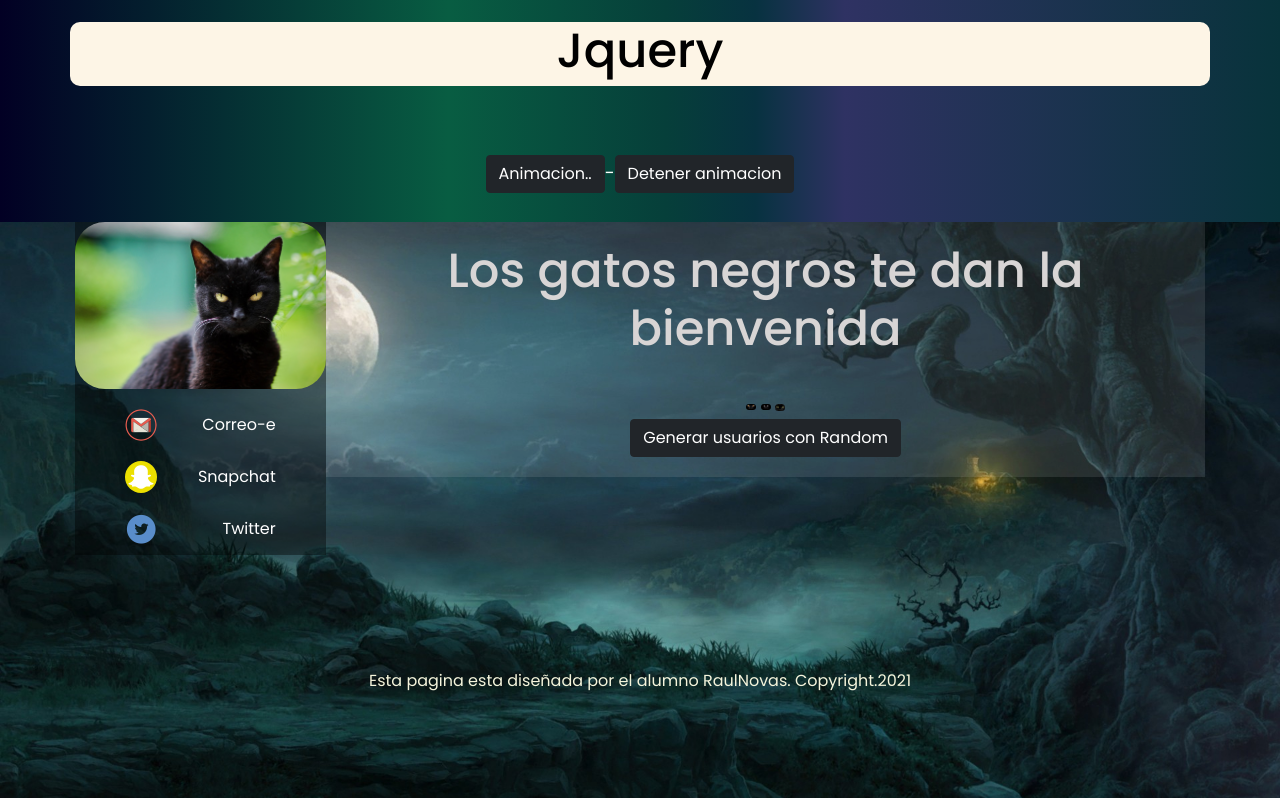
Repository: raul4264/final2
Page: index.html
These files come from the project's save history. The page is drawn as it stood at one moment and after the next save; the edit follows.
The browser window is 1280 px wide. The pictures show the whole page.

Above is the page before, as saved 2021-07-14 09:11:08.

### index.html
<!doctype html>
<html lang="es">

<head>

    <meta charset="utf-8">
    <meta name="viewport" content="width=device-width, initial-scale=1">


    <!-- Required meta tags -->
    <meta charset="utf-8">
    <meta name="viewport" content="width=device-width, initial-scale=1">

    <!-- Bootstrap CSS -->
    <link href="https://cdn.jsdelivr.net/npm/bootstrap@5.0.2/dist/css/bootstrap.min.css" rel="stylesheet" integrity="sha384-EVSTQN3/azprG1Anm3QDgpJLIm9Nao0Yz1ztcQTwFspd3yD65VohhpuuCOmLASjC" crossorigin="anonymous">
    <script src="https://code.jquery.com/jquery-3.6.0.min.js" integrity="sha256-/xUj+3OJU5yExlq6GSYGSHk7tPXikynS7ogEvDej/m4=" crossorigin="anonymous"></script>
    <link rel="preconnect" href="https://fonts.googleapis.com">
    <link rel="preconnect" href="https://fonts.gstatic.com" crossorigin>
    <link href="https://fonts.googleapis.com/css2?family=Poppins:wght@500&display=swap" rel="stylesheet">
    <link rel="preconnect" href="https://fonts.gstatic.com">
    <link href="https://fonts.googleapis.com/css2?family=Poppins:wght@400;700&display=swap" rel="stylesheet">
    <link href="https://fonts.googleapis.com/icon?family=Material+Icons" rel="stylesheet">

    <link rel="stylesheet" href="style.css">

    <title>raulNovas</title>
</head>


<body class="">
    <div class="container-fluid">

        <!--         <img src="java-script1.jpg" alt="prueba" height="200" />
    </div> -->

        <div class="container" id="cuerpo">
            <h1>Jquery</h1>

            <h2>

            </h2>

        </div>
        <br>

        <br>




        <div id="flip"><button type="button" class="btn btn-dark">Animacion..</button>-<button type="button" class="btn btn-dark" id="stop">Detener animacion</button> </div>
        <br>
        <div id="panel">
            <h2>Grabando en local storage</h2>
            <section id="cajaformulario" class="container-fluid">
                <form name="formulario">
                    <p>Clave:<br><input type="text" name="clave" id="clave"></p>
                    <p>Valor:<br><textarea name="text" id="texto"></textarea></p>
                    <p><input type="button" name="grabar" id="grabar" value="Grabar"></p>
                </form>


            </section>
            <div id="cajadatos" class="container-fluid mb-5">
                <p></p>
            </div>


            <!--     <div id="rule"><button type="button" class="btn btn-dark" id="dos">magia1</button><img src="/images/20210617_151220.jpg" width="200px"></div>

            <div id="java"><button type="button" class="btn btn-dark" id="dos">magia2</button><button type="button" class="btn btn-dark" id="tres">magia3</button>
                <img src="java-script1.jpg" alt="prueba" height="200" />
            </div> -->

            <div class="container">
                <!-- head -->
                <h2>Agenda de contactos</h2>
                <!-- formulario de datos -->
                <div class="formulario-datos">
                    <input type="text" class="nombre" placeholder="nombre">
                    <input type="text" class="numero" placeholder="numero">
                    <input type="text" class="direccion" placeholder="dirección">
                    <button class="btn-agregar-tarea">agregar tarea</button>

                    <!-- listado tareas -->
                    <div class="listado-tareas">


                    </div>
                </div>
            </div>


        </div>





    </div>






    <main class="container-fluid">

        <!-- Sidebar -->
        <aside class="lateral">
            <img src="images/black-cat.jpg" alt="Black Cats Rules!">


             <a href=" mailto:raulnovas4@gmail.com">
                <img src="images/mail.png" alt="Correo-e">
                <span>Correo-e</span>
            </a>
            <a href="https://www.snapchat.com/l/es/">
                <img src="images/snapchat.png" alt="Snapchat">
                <span>Snapchat</span>
            </a>
            <a href="https://twitter.com/home">
                <img src="images/twitter.png" alt="Twitter">
                <span>Twitter</span>
            </a>

        </aside>

        <!-- Contenido -->
        <section class="contenido">
            <h1>Los gatos negros te dan la bienvenida</h1>




            <!-- Thumbnails -->

                <img src="/images/cat1.jpg" width="10vw">
                <img src="/images/cat2.jpg" width="10vw" >
                <img src="/images/cat3.jpg" width="10vw" >

            <br>
            <button type="button" class="btn btn-dark" id="usuarios">Generar usuarios con Random</button>
        </section>

        <footer class="mt-4">
            <p>Esta pagina esta diseñada por el alumno RaulNovas. Copyright.2021</p>

        </footer>
    </main>








    <script src="https://cdn.jsdelivr.net/npm/bootstrap@5.0.1/dist/js/bootstrap.bundle.min.js" integrity="sha384-gtEjrD/SeCtmISkJkNUaaKMoLD0//ElJ19smozuHV6z3Iehds+3Ulb9Bn9Plx0x4" crossorigin="anonymous">
    </script>

    <script src="funciones.js"></script>
    <script src="clasecuatro.js"></script>
</body>

</html>

### style.css
* {
    margin: 0;
    padding: 0;
}

body {
    background: linear-gradient(90deg, rgba(2, 0, 36, 1) 0%, rgba(8, 93, 66, 1) 35%, rgb(6, 63, 58) 52%, rgba(7, 50, 64, 1) 59%, rgba(47, 50, 99, 1) 66%, rgb(8, 51, 59) 100%);
    ;
    text-align: center;
    color: beige;
    font-family: 'Poppins', sans-serif;
}

h1 {
    font-size: 3em;
    padding-bottom: 1vh;
}

#cuerpo {
    background-color: oldlace;
    color: black;
    margin-top: 3vh;
    border-radius: 10px;
    -webkit-border-radius: 10px;
    -moz-border-radius: 10px;
    -ms-border-radius: 10px;
    -o-border-radius: 10px;
}

#cajaformulario {
    padding: 20px;
    border: 1px solid #999999;
}

div #cajadatos {
    width: 400px;
    padding: 20px;
    border: 1px solid #999999;
    text-align: center;
}

#clave,
#texto {
    width: 150px;
}

#panel,
#flip {
    padding: 5px;
    font-size: 18px;
    text-align: center;
    color: white;
    border-radius: 3px;
}

#panel {
    padding: 50px;
    display: none;
}

img {
    border-radius: 30px;
    -webkit-border-radius: 30px;
    -moz-border-radius: 30px;
    -ms-border-radius: 30px;
    -o-border-radius: 30px;
}

#rule {
    background: #98bf21;
    height: 100px;
    width: 100px;
    position: absolute;
    margin-left: 40px;
}


/*......................................................*/

main {
    background-image: url(/images/fondo.jpg);
    background-position: center center;
    background-size: cover;
    display: flex;
    justify-content: center;
    align-items: flex-start;
}


/* Contenedor principal */

main {
    width: 900px;
    height: 80vh;
    display: flex;
    flex-wrap: wrap;
}

main>* {
    order: 999;
}

.lateral {
    background-color: rgba(0, 0, 0, .4);
    flex-basis: 20%;
    display: flex;
    flex-direction: column;
    align-items: center;
    justify-content: flex-start;
}

.lateral>img {
    max-width: 100%;
    margin-bottom: 20px;
}

.lateral a {
    width: 60%;
    display: flex;
    align-items: center;
    justify-content: space-between;
    text-decoration: none;
    color: white;
    margin: 10px 0;
}

.lateral a:first-of-type {
    margin-top: auto;
}


/* Contenido */

.contenido {
    background-color: rgba(255, 255, 255, .1);
    flex-basis: 70%;
    padding: 20px;
}

.contenido h1 {
    margin-top: 0;
    font-size: 3em;
    font-family: 'Poppins', sans-serif;
    margin-bottom: 30px;
    color: rgb(216, 213, 213);
}

.contenido ul {
    display: flex;
    justify-content: space-between;
    flex-wrap: wrap;
    list-style: none;
    margin: 0;
    padding: 0;
}

.contenido ul li {
    flex-basis: 30%;
    height: 200px;
    background-position: center center;
    background-size: cover;
}

/* .contenido ul li:first-of-type {
    background-image: url(../images/cat1.jpg);
}

.contenido ul li:nth-child(2) {
    background-image: url(../images/cat2.jpg);
}

.contenido ul li:last-of-type {
    background-image: url(../images/cat3.jpg);
} */


/* Respond */

@media (max-width: 705px) {
    body {
        align-items: flex-start;
    }
    main {
        margin: 20px;
    }
    .lateral,
    .contenido {
        flex-basis: 100%;
    }
    .contenido {
        order: 1;
    }
    .lateral {
        order: 2;
    }
}


/* Util */

.dev {
    border: 1px solid red;
}


/*lllllllllllllllllllllllllllllllllllllllllllllllllllllllllllllll*/

.container h2 {
    margin-bottom: 1rem;
    font-size: 2.3rem;
}

.formulario-datos {
    display: block;
    width: 50%;
    margin: 1rem auto;
    display: flex;
    flex-direction: column;
}

.formulario-datos input {
    margin: 1rem 0rem;
    line-height: 3rem;
    background: none;
    outline: 0;
    border: 0;
    color: oldlace;
}

.formulario-datos input:active {
    border-bottom: 1px solid dodgerblue;
}

.formulario-datos input:focus {
    border-bottom: 1px solid dodgerblue;
}

.formulario-datos button {
    margin: 1rem 0rem;
    background-color: dodgerblue;
    border: 0;
    outline: 0;
    height: 3rem;
    border-radius: 5px;
    color: oldlace;
    -webkit-border-radius: 5px;
    -moz-border-radius: 5px;
    -ms-border-radius: 5px;
    -o-border-radius: 5px;
}

.listado-tareas {
    display: flex;
    flex-direction: column;
}

.tarea {
    display: flex;
    flex-direction: row;
    justify-content: space-between;
    height: 4rem;
}

.icono {
    color: tomato;
    cursor: pointer;
}

### funciones.js
const guardarContacto = (db, contacto) => {
    db.setItem(contacto.id, JSON.stringify(contacto))
    window.location.href = '/'

}
const cargarContactos = (db, parentNode, ) => {
    let claves = Object.keys(db)

    for (clave of claves) {
        let contacto = JSON.parse(db.getItem(clave))
        crearContacto(parentNode, contacto, db)
    }

}
const crearContacto = (parentNode, contacto, db) => {
    let divContacto = document.createElement('div')
    let nombreContacto = document.createElement('p')
    let numeroContacto = document.createElement('p')
    let direccionContacto = document.createElement('p')
    let iconoBorrar = document.createElement('span')

    nombreContacto.innerHTML = contacto.nombre
    numeroContacto.innerHTML = contacto.numero
    direccionContacto.innerHTML = contacto.direccion
    iconoBorrar.innerHTML = 'delete_forever'

    divContacto.classList.add('tarea')
    iconoBorrar.classList.add('material-icons', 'icono')


    iconoBorrar.onclick = () => {
        db.removeItem(contacto.id)
        window.location.href = '/'
    }

    divContacto.appendChild(nombreContacto)
    divContacto.appendChild(numeroContacto)
    divContacto.appendChild(direccionContacto)
    divContacto.appendChild(iconoBorrar)

    parentNode.appendChild(divContacto)
}

### clasecuatro.js
function iniciar() {
    var boton = document.getElementById('grabar');
    boton.addEventListener('click', nuevoitem, false);
    mostrar();
}

function nuevoitem() {
    var clave = document.getElementById('clave').value;
    var valor = document.getElementById('texto').value;
    sessionStorage.setItem(clave, valor);
    mostrar();
    document.getElementById('clave').value = '';
    document.getElementById('texto').value = '';
}

function mostrar() {
    var cajadatos = document.getElementById('cajadatos');
    cajadatos.innerHTML = '<div><button onclick="eliminarTodo()">Eliminar Todo</button></div>';
    for (var f = 0; f < sessionStorage.length; f++) {
        var clave = sessionStorage.key(f);
        var valor = sessionStorage.getItem(clave);
        cajadatos.innerHTML += '<div>' + clave + ' - ' + valor + '<br><button onclick="eliminar(\'' + clave + '\')">Eliminar</button></div>';
    }
}

function eliminar(clave) {
    if (confirm('Está Seguro?')) {
        sessionStorage.removeItem(clave);
        mostrar();
    }
}

function eliminarTodo() {
    if (confirm('Está Seguro?')) {
        sessionStorage.clear();
        mostrar();
    }
}
window.addEventListener('load', iniciar, false)


/**...........jquery......................... */

$(document).ready(function() {




    $("#flip").click(function() {
        $("#panel").slideDown(5000);
    });
    $("#stop").click(function() {
        $("#panel").stop();
    });

    $("#dos").click(function() {
        $("div").animate({ right: '200px' });
    });
    // $('#java').slideToggle('slow');
    $('#java').on('click', function() {
        $('#java').css('background-color', 'black');
    })
    $("#tres").click(function() {
        // $('#java').slideToggle('slow');
        $("#rule").delay("slow").slideToggle('slow');
        $("#java").delay("slow").slideToggle('slow');

    });


    /*  $.ajax('social.html', {

         success: function(respuesta) {
             $('.lateral').append($(respuesta))

         }

     })*/

  /*   $.get('social.html', function(respuesta) {
        $('.lateral').append($(respuesta))
    }) */



    $("#usuarios").click(function() {
        $("main").fadeIn('slow')
        $.getJSON('https://randomuser.me/api/?results=500')
            .then(function(respuesta) {

                respuesta.results.forEach(function(persona) {
                    console.log(persona.picture.thumbnail);
                    $('<img>')
                        .attr('src', persona.picture.thumbnail)
                        .appendTo('.contenido');
                });



            });
    });


});
/**....................................................... */
const nombre = document.querySelector('.nombre')
const numero = document.querySelector('.numero')
const direccion = document.querySelector('.direccion')
const btnAgregarTarea = document.querySelector('.btn-agregar-tarea')

const listadoTareas = document.querySelector('.listado-tareas')

const db = window.localStorage

btnAgregarTarea.onclick = () => {
    let contacto = {
        id: Math.random(1, 1000),
        nombre: nombre.value,
        numero: numero.value,
        direccion: direccion.value,
    }

    guardarContacto(db, contacto);

}
cargarContactos(db, listadoTareas)

After the next save:
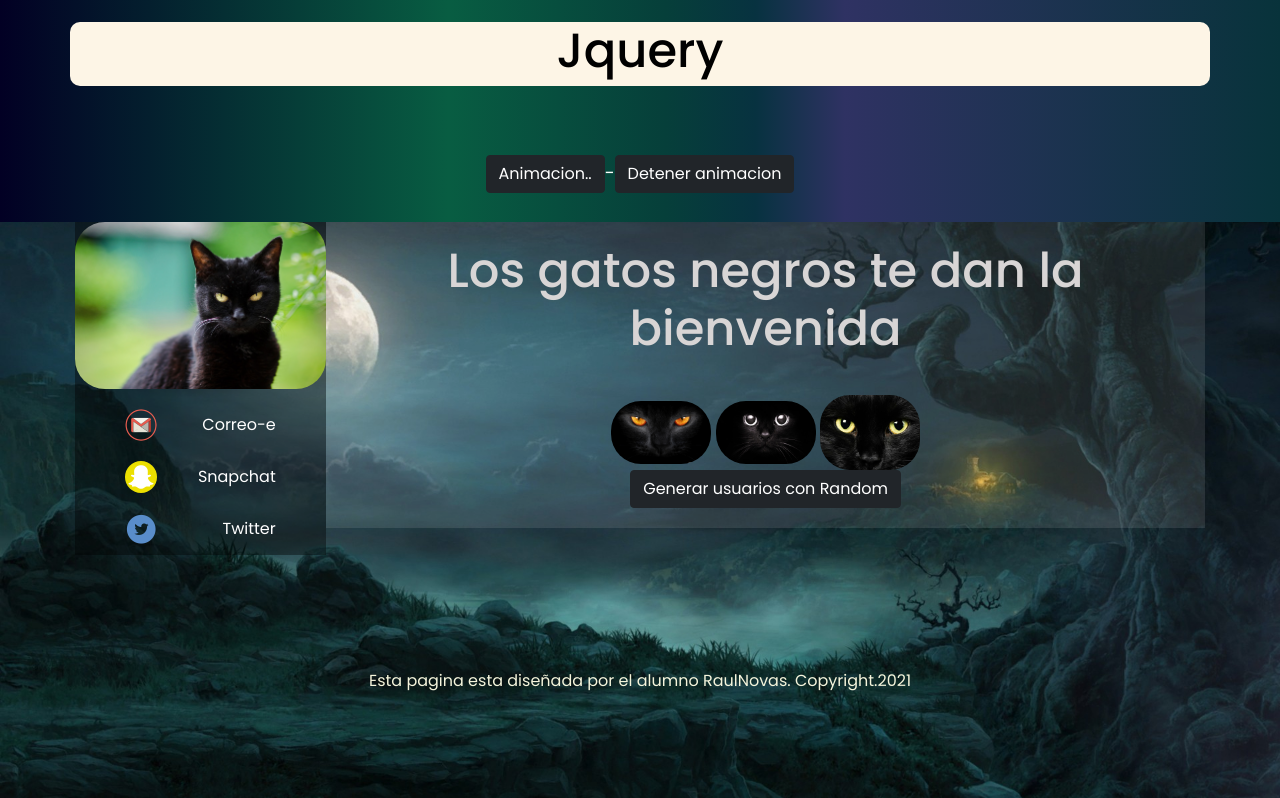
Saved 49 s later.
--- a/index.html
+++ b/index.html
@@ -135,9 +135,9 @@
 
             <!-- Thumbnails -->
 
-                <img src="/images/cat1.jpg" width="10vw">
-                <img src="/images/cat2.jpg" width="10vw" >
-                <img src="/images/cat3.jpg" width="10vw" >
+                <img src="/images/cat1.jpg" width="100px">
+                <img src="/images/cat2.jpg" width="100px" >
+                <img src="/images/cat3.jpg" width="100px" >
 
             <br>
             <button type="button" class="btn btn-dark" id="usuarios">Generar usuarios con Random</button>

After the 2 saves that followed:
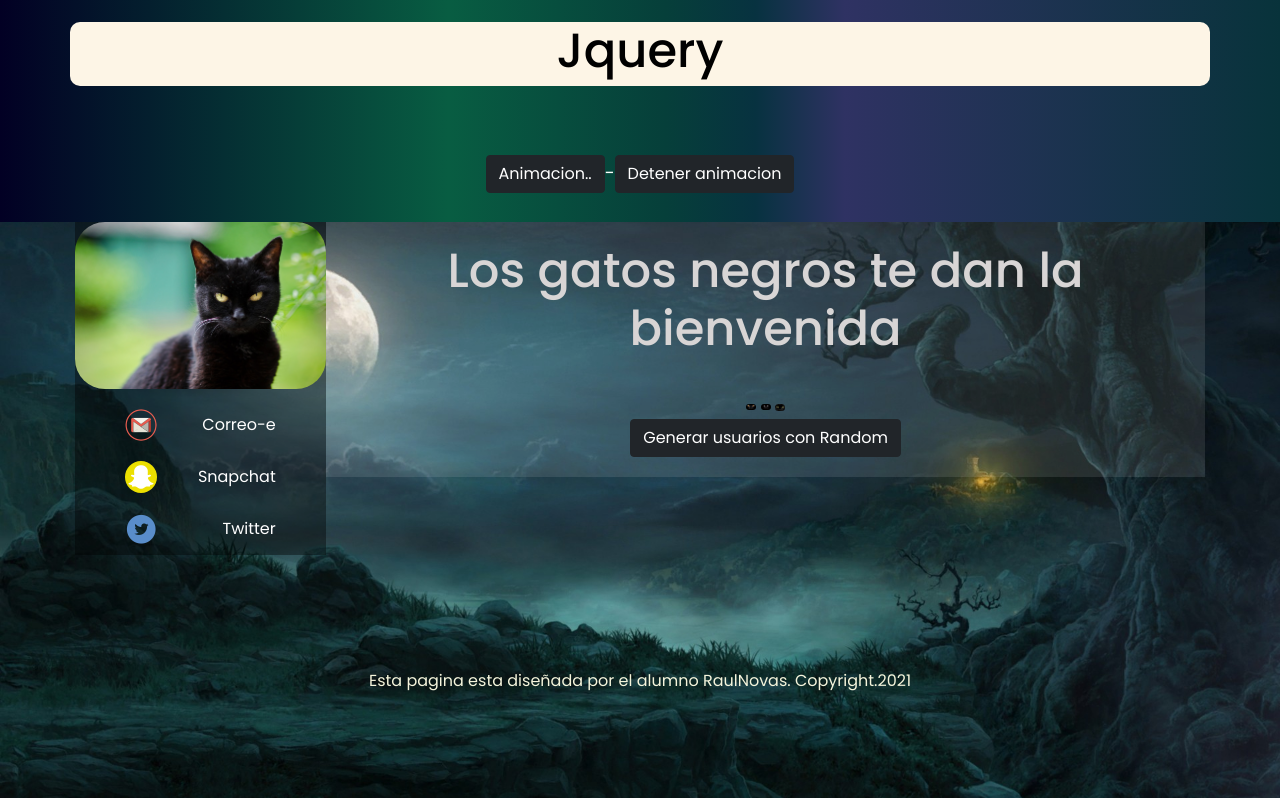
The 2 saves are shown as one change because 1 left the picture as it was.
The last was saved 2 min 38 s later.
--- a/index.html
+++ b/index.html
@@ -135,9 +135,9 @@
 
             <!-- Thumbnails -->
 
-                <img src="/images/cat1.jpg" width="100px">
-                <img src="/images/cat2.jpg" width="100px" >
-                <img src="/images/cat3.jpg" width="100px" >
+                <img src="/images/cat1.jpg" width="10vh">
+                <img src="/images/cat2.jpg" width="10vh" >
+                <img src="/images/cat3.jpg" width="10vh"  >
 
             <br>
             <button type="button" class="btn btn-dark" id="usuarios">Generar usuarios con Random</button>
